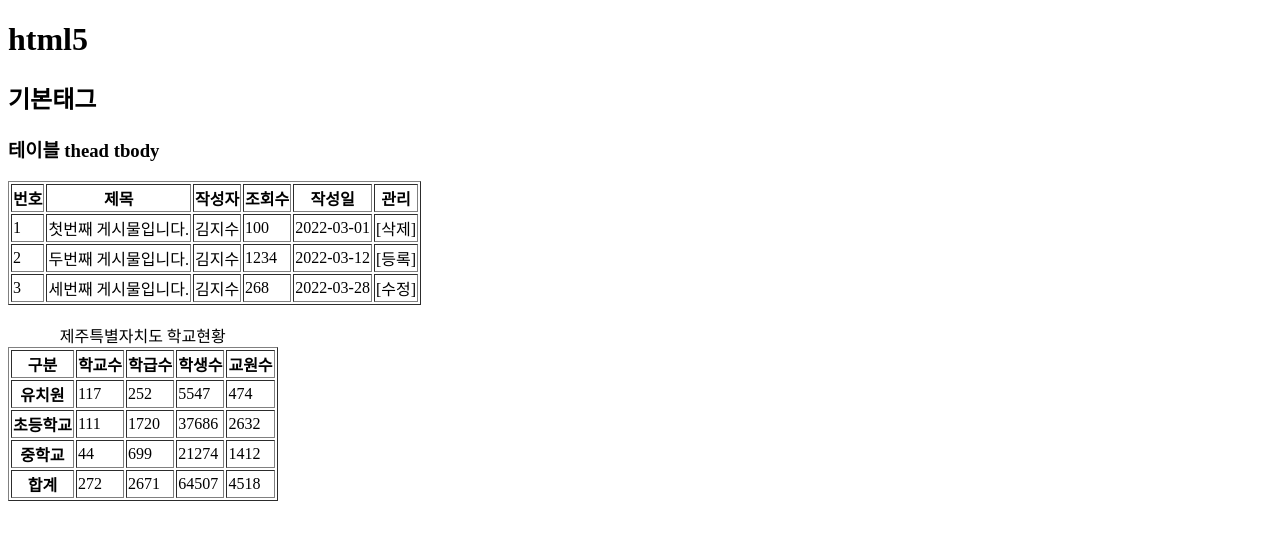
Repository: jeemaru/htme_01
Page: html_01/ex07.html
The author's editor kept a copy of each file at every save. The page is drawn from the files as they stood at one save, then again after the next save.
The browser window is 1280 px wide. The pictures show the whole page.

Above is the page before, as saved 2022-04-01 05:48:47.

### html_01/ex07.html
<!DOCTYPE html>

<html>

	<head>
		<meta charset="UTF-8">
		<title>Insert title here</title>
	</head>

	<body>
		<h1>html5</h1>
		<h2>기본태그</h2>
		<h3>테이블 thead tbody</h3>

		<table border="1">
			<thead>
				<tr>
					<th>번호</th>
					<th>제목</th>
					<th>작성자</th>
					<th>조회수</th>
					<th>작성일</th>
					<th>관리</th>

				</tr>
			</thead>

			<tbody>
				<tr>
					<td>1</td>
					<td>첫번째 게시물입니다.</td>
					<td>김지수</td>
					<td>100</td>
					<td>2022-03-01</td>
					<td>[삭제]</td>
				</tr>
				<tr>
					<td>2</td>
					<td>두번째 게시물입니다.</td>
					<td>김지수</td>
					<td>1234</td>
					<td>2022-03-12</td>
					<td>[등록]</td>
				</tr>
				<tr>
					<td>3</td>
					<td>세번째 게시물입니다.</td>
					<td>김지수</td>
					<td>268</td>
					<td>2022-03-28</td>
					<td>[수정]</td>
				</tr>
			</tbody>
		</table>

		<br>

		<table border="1">
			<colgroup>
				<col sytle="width: 120px">
				<col>
				<col>
				<col>
				<col>
			<caption>제주특별자치도 학교현황</caption>
			<thead>
				<tr>
					<th>구분</th>
					<th>학교수</th>
					<th>학급수</th>
					<th>학생수</th>
					<th>교원수</th>
				</tr>
			</thead>
			<tbody>
				<tr>
					<th>유치원</th>
					<td>117</td>
					<td>252</td>
					<td>5547</td>
					<td>474</td>
				</tr>
				<tr>
					<th>초등학교</th>
					<td>111</td>
					<td>1720</td>
					<td>37686</td>
					<td>2632</td>
				</tr>
				<tr>
					<th>중학교</th>
					<td>44</td>
					<td>699</td>
					<td>21274</td>
					<td>1412</td>
				</tr>
			</tbody>
			<tfoot>
				<tr>
					<th>합계</th>
					<td>272</td>
					<td>2671</td>
					<td>64507</td>
					<td>4518</td>
				</tr>
			</tfoot>
		</table>
	</body>


</html>

After the next save:
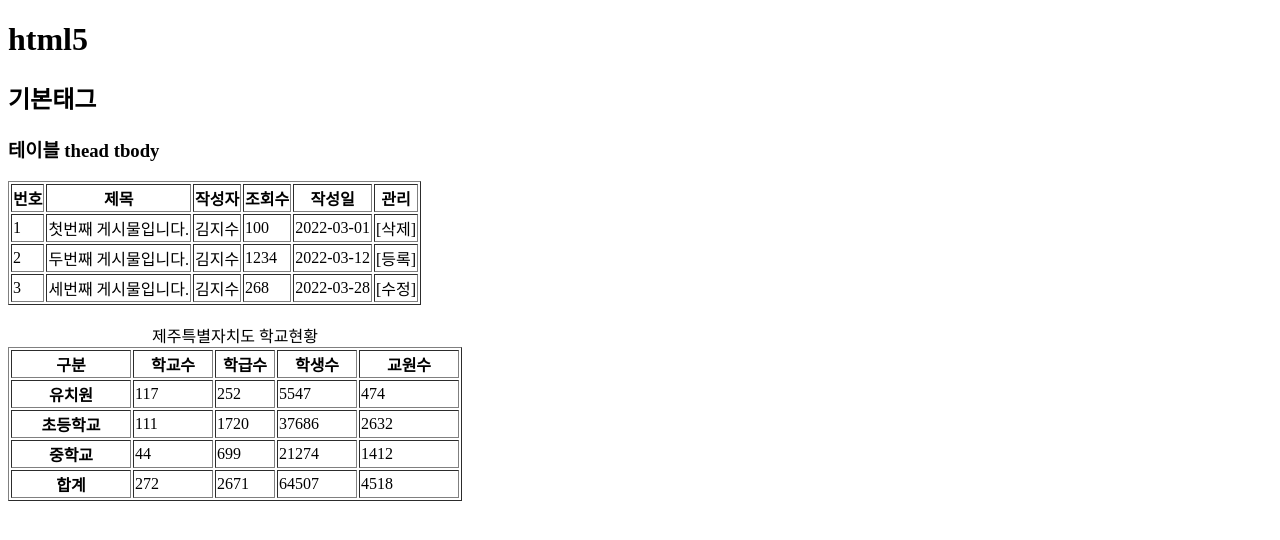
Saved 95 s later.
--- a/html_01/ex07.html
+++ b/html_01/ex07.html
@@ -57,11 +57,11 @@
 
 		<table border="1">
 			<colgroup>
-				<col sytle="width: 120px">
-				<col>
-				<col>
-				<col>
-				<col>
+				<col style="width: 120px;">
+				<col style="width: 80px;">
+				<col style="width: 60px;">
+				<col style="width: 80px;">
+				<col style="width: 100px;">
 			<caption>제주특별자치도 학교현황</caption>
 			<thead>
 				<tr>
